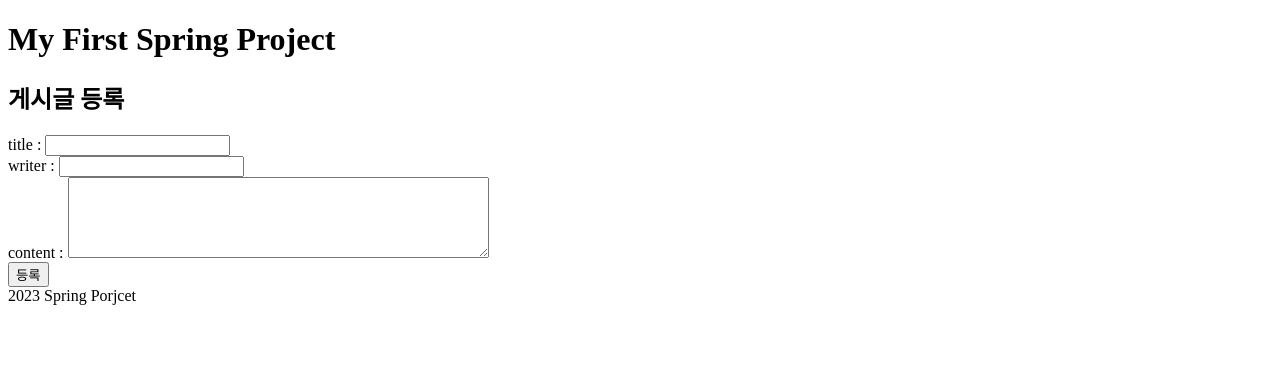
Repository: Leesunghoon1/homeSTS
Page: http://localhost/spring_test/WEB-INF/views/board/register.jsp
An editor plug-in stored every save of this project. The page is shown before and after the next save, followed by the edit.
The browser window is 1280 px wide. The pictures show the whole page.
The page is served by Tomcat 9. Nobody is signed in. Other server files are loaded and not shown. The template is opened directly, without the code that normally fills it, so the values that code supplies are empty.

Above is the page before, as saved 2023-10-11 18:36:56.

### spring_test/src/main/webapp/WEB-INF/views/board/register.jsp
<%@ page language="java" contentType="text/html; charset=UTF-8"
    pageEncoding="UTF-8"%>
    <%@ taglib uri="http://java.sun.com/jsp/jstl/core" prefix="c" %>
<!DOCTYPE html>
<html>
<head>
<meta charset="UTF-8">
<title>Insert title here</title>
</head>
<body>
<jsp:include page="../layout/header.jsp"></jsp:include>
<h2> 게시글 등록 </h2>
<!-- mapping 상태는 get / post 가 별도의 mapping을 가짐 -->
<form action="/board/register" method="post">

	title : <input type="text" name="title"><br>
	writer : <input type="text" name="writer"><br>
	content : <textarea rows="5" cols="50" name="content"></textarea><br>
		<button type="submit">등록</button>

</form>

<jsp:include page="../layout/footer.jsp"></jsp:include>
</body>
</html>

### spring_test/src/main/webapp/WEB-INF/views/layout/header.jsp
<%@ page language="java" contentType="text/html; charset=UTF-8"
    pageEncoding="UTF-8"%>
    <%@ taglib uri="http://java.sun.com/jsp/jstl/core" prefix="c" %>
<!DOCTYPE html>
<html>
<head>
<meta charset="UTF-8">
<title>Insert title here</title>
</head>
<body>
<h1> My First Spring Project </h1>

### spring_test/src/main/webapp/WEB-INF/views/layout/footer.jsp
<%@ page language="java" contentType="text/html; charset=UTF-8"
    pageEncoding="UTF-8"%>

<div>
2023 Spring Porjcet
</div>
</body>
</html>

After the next save:
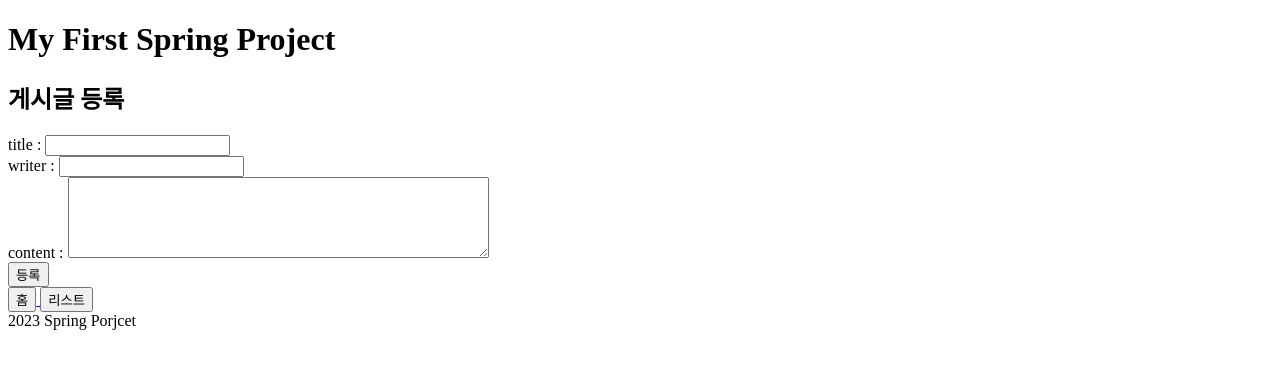
Saved 16 s later.
--- a/spring_test/src/main/webapp/WEB-INF/views/board/register.jsp
+++ b/spring_test/src/main/webapp/WEB-INF/views/board/register.jsp
@@ -17,8 +17,16 @@
 	writer : <input type="text" name="writer"><br>
 	content : <textarea rows="5" cols="50" name="content"></textarea><br>
 		<button type="submit">등록</button>
+</form>
 
-</form>
+
+<a href="/">
+	<button type="button">홈</button>
+</a>
+<a href="/board/list">
+	<button type="button">리스트</button>
+</a>
+
 
 <jsp:include page="../layout/footer.jsp"></jsp:include>
 </body>
